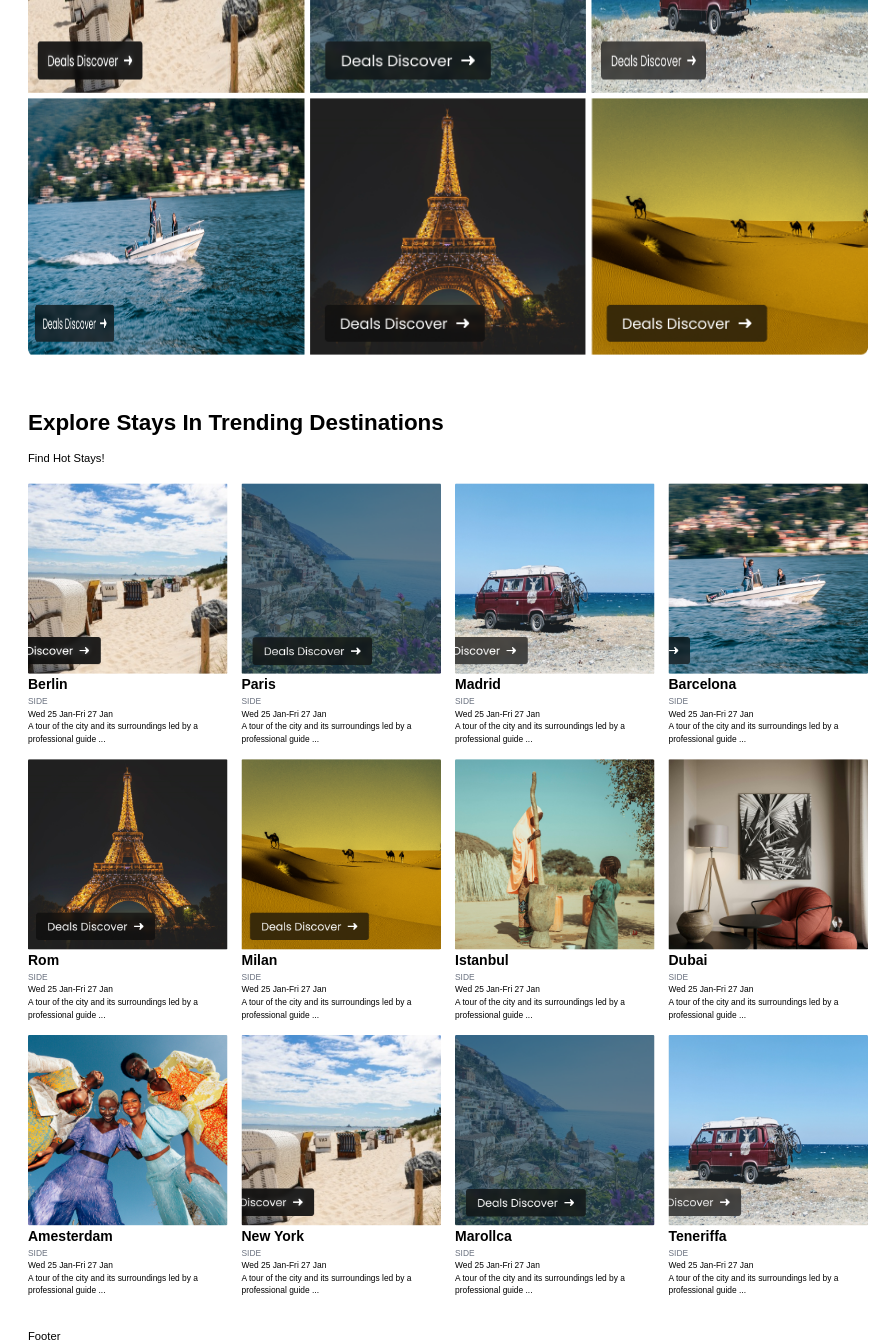
Repository: Quynhhuong150322/DIKO_STUDY_TRAVEL_WEB
Page: /
The author's editor kept a copy of each file at every save. The page is drawn from the files as they stood at one save, then again after the next save.
The browser window is 1280 px wide. The pictures show the part of the page from y = 1002 to 2922 px (the page is 2922 px tall), at 70% of full size.
The project was rebuilt for these pictures with package versions that can differ from the ones it lists, and the page was loaded fresh each time. Also part of the build but not shown: src/components/Login.js, src/components/Register.js. Imported but missing from the stored project, and not drawn on this page: src/redux/slices/authSlice.

Above is the page before, as saved 2024-02-23 11:27:04.

### src/index.css
@tailwind base;
@tailwind components;
@tailwind utilities;

@import url("https://fonts.googleapis.com/css2?family=Poppins:wght@100;300;400;500;600&display=swap");

@layer base {
  html {
    font-family: "Poppins", sans-serif;
  }
  * {
    margin: 0;
    padding: 0;
    box-sizing: border-box;
    scroll-behavior: smooth;
    /* background-color: #F9F9F9; */
  }
}

@layer components {
  .max-container {
    max-width: 1260px;
    /* min-height: 100vh; */
    margin: 0 auto;
    padding: 0 30px;
    /* display: flex; */
    /* flex-direction: column; */
    justify-content: space-between;
  }
  .button {
    width: 189px;
    height: 40px;
    border-style: solid;
    border-width: 2px;
    border-color: #07689F;
    color: #07689F;
  }
  .tabMenu {
    width: 121px;
    height: 40px;
    color: #D9D9D9;
    border-style: solid;
    border-width: 2px;
    border-color: #D9D9D9;
    color: #D9D9D9;
    border-radius: 9999px;
  }
  .tabSearch {
    /* max-width: 1190px; */
    height: 56px;
    border-style: solid;
    border-width: 1px;
    border-color: #D9D9D9;
    padding: 0 16px;
    font-size: 12px;
  }

}

### src/App.js
import React from "react";
import Navbar from "./components/Navbar";
import Footer from "./components/Footer";
import AppRoutes from "./routes/AppRoutes";
import { BrowserRouter as Router } from "react-router-dom";

const App = () => {
  return (
    <Router>
      <div className="">
        <div className="max-container">
          <Navbar />
        </div>
        <div>
          <AppRoutes />
        </div>
        <div className="max-container">
          <Footer />
        </div>
      </div>
    </Router>
  );
};

export default App;

### src/redux/store.js
import { configureStore } from "@reduxjs/toolkit";
import authReducer from "./slices/authSlice";

export const store = configureStore({
  reducer: {
    users: authReducer,
  },
});

### src/components/Navbar.js
import React from 'react'
import Logo from '../assets/images/Header/Logo.png'
import EL from '../assets/images/Header/England.png'
import { FaRegQuestionCircle } from "react-icons/fa";
import { LuSearch } from "react-icons/lu";

const MenuData = [
    {
        id: 1,
        name: 'Trip',
    },
    {
        id: 2,
        name: '%Deals',
    },
    {
        id: 3,
        name: 'Hotel',
    },
    {
        id: 4,
        name: 'Flight',
    },
    {
        id: 5,
        name: 'Apartment',
    },
    {
        id: 6,
        name: 'Camper',
    },
]

const Navbar = () => {
    return (
        <div className='bg-neutral py-[24px]'>
            <div className="flex flex-col gap-10">
                {/* Header Section  */}
                <div className='flex gap-2 items-center'>
                    <img src={Logo} alt="" />
                    <div className='flex gap-7 items-center'>
                        <div className="flex gap-1 items-center">
                            <FaRegQuestionCircle className='text-primary' />
                            <img src={EL} alt="" className='w-7 h-7' />
                            {/* Search  */}
                            <div className="relative flex items-center">
                                <input
                                    type="text"
                                    placeholder="search"
                                    className="w-[605px] h-[32px] rounded-sm border border-gray-300 px-2 py-1 focus:outline-none focus:border-1 focus:border-primary"
                                />
                                <LuSearch className="text-gray-500 group-hover:text-primary absolute top-1/2 -translate-y-1/2 right-3 cursor-pointer" />
                            </div>
                        </div>
                        <div className='flex gap-2 items-center'>
                            <button className='button border-primary bg-neutral hover:scale-105 py-2 px-4 rounded-sm'>
                                Sing In
                            </button>
                            <button className='button border-primary bg-neutral hover:scale-105 py-2 px-4 rounded-sm'>
                                Register
                            </button>
                        </div>
                    </div>
                    <div>
                    </div>
                </div>
                {/* Upper Nav  */}
                <div className=''>
                    <div className=' '>
                        <ul className='flex justify-center gap-4'>
                            {
                                MenuData.map((data) => (
                                    <button key={data.id} className='text-pri tabMenu focus:bg-primary focus:text-white focus:font-bold focus:border-primary inline-block hover:text-primary' >
                                        {data.name}
                                    </button>
                                ))
                            }
                        </ul>
                    </div>
                </div>
            </div>
        </div>
    )
}

export default Navbar

### src/routes/AppRoutes.js
import React from "react";
import { Switch, Route } from "react-router-dom";
import Login from "../components/Login";
import Register from "../components/Register";
import Langding from "../pages/LangdingPage/Langding";
const AppRoutes = () => {
  return (
    <div>
      <Switch>
        <Route path="/login">
          <Login />
        </Route>
        <Route path="/register">
          <Register />
        </Route>
        <Route path="/" exact>
          <Langding />
        </Route>
        <Route path="*">
          <div className="">404 not Error...</div>
        </Route>
      </Switch>
    </div>
  );
};

export default AppRoutes;

### src/pages/LangdingPage/Langding.js
import React from 'react'
import Picture from '../../assets/images/LangdingPage/Picture.png'
import { LuHotel } from "react-icons/lu";
import { IoCalendarOutline } from "react-icons/io5";
import { SlArrowDown } from "react-icons/sl";
import { FiUserPlus } from "react-icons/fi";
import Img1 from "../../assets/images/LangdingPage/SpecialOffers/Photo 1.png";
import Img2 from "../../assets/images/LangdingPage/SpecialOffers/Photo 2.png"
import Img3 from "../../assets/images/LangdingPage/SpecialOffers/Photo 3.png"
import Img4 from "../../assets/images/LangdingPage/SpecialOffers/Photo 4.png"
import Img5 from "../../assets/images/LangdingPage/SpecialOffers/Photo 5.png"
import Img6 from "../../assets/images/LangdingPage/SpecialOffers/Photo 6.png"
import Img7 from "../../assets/images/LangdingPage/ExploreStays/Image1.jpg"
import Img8 from "../../assets/images/LangdingPage/ExploreStays/Image2.jpg"
import Img9 from "../../assets/images/LangdingPage/ExploreStays/Image3.jpg"
// import Img10 from "../../assets/images/LangdingPage/SpecialOffers/Photo 6.png"
// import Img11 from "../../assets/images/LangdingPage/SpecialOffers/Photo 6.png"



const BannerImg = {
  backgroundImage: `url(${Picture})`,
  backgroundPosition: "center",
  backgroundRepeat: "no-repeat",
  backgroundSize: "cover",
  height: "394px",
  width: "100%",
};
const ListMenu = [
  {
    id: 1,
    name: "All",
  },
  {
    id: 2,
    name: "Hotels",
  },
  {
    id: 3,
    name: "Flights",
  },
  {
    id: 4,
    name: "Multi",
  }
]

const ListImage = [
  {
    id: 1,
    img: Img1,
  },
  {
    id: 2,
    img: Img2,
  },
  {
    id: 3,
    img: Img3,
  },
  {
    id: 4,
    img: Img4,
  },
  {
    id: 5,
    img: Img5,
  },
  {
    id: 6,
    img: Img6,
  },
]
const ListCard = [
  {
    id: 1,
    img: Img1,
    location: "Berlin",
    side: "SIDE",
    time: "Wed 25 Jan-Fri 27 Jan",
    title: "A tour of the city and its surroundings led by a professional guide ..."
  },
  {
    id: 2,
    img: Img2,
    location: "Paris",
    side: "SIDE",
    time: "Wed 25 Jan-Fri 27 Jan",
    title: "A tour of the city and its surroundings led by a professional guide ..."

  },
  {
    id: 3,
    img: Img3,
    location: "Madrid",
    side: "SIDE",
    time: "Wed 25 Jan-Fri 27 Jan",
    title: "A tour of the city and its surroundings led by a professional guide ..."

  },
  {
    id: 4,
    img: Img4,
    location: "Barcelona",
    side: "SIDE",
    time: "Wed 25 Jan-Fri 27 Jan",
    title: "A tour of the city and its surroundings led by a professional guide ..."

  },
  {
    id: 5,
    img: Img5,
    location: "Rom",
    side: "SIDE",
    time: "Wed 25 Jan-Fri 27 Jan",
    title: "A tour of the city and its surroundings led by a professional guide ..."

  },
  {
    id: 6,
    img: Img6,
    location: "Milan",
    side: "SIDE",
    time: "Wed 25 Jan-Fri 27 Jan",
    title: "A tour of the city and its surroundings led by a professional guide ..."

  },
  {
    id: 7,
    img: Img7,
    location: "Istanbul",
    side: "SIDE",
    time: "Wed 25 Jan-Fri 27 Jan",
    title: "A tour of the city and its surroundings led by a professional guide ..."

  },
  {
    id: 8,
    img: Img8,
    location: "Dubai",
    side: "SIDE",
    time: "Wed 25 Jan-Fri 27 Jan",
    title: "A tour of the city and its surroundings led by a professional guide ..."

  },
  {
    id: 9,
    img: Img9,
    location: "Amesterdam",
    side: "SIDE",
    time: "Wed 25 Jan-Fri 27 Jan",
    title: "A tour of the city and its surroundings led by a professional guide ..."

  },
  {
    id: 10,
    img: Img1,
    location: "New York",
    side: "SIDE",
    time: "Wed 25 Jan-Fri 27 Jan",
    title: "A tour of the city and its surroundings led by a professional guide ..."

  },
  {
    id: 11,
    img: Img2,
    location: "Marollca",
    side: "SIDE",
    time: "Wed 25 Jan-Fri 27 Jan",
    title: "A tour of the city and its surroundings led by a professional guide ..."

  },
  {
    id: 12,
    img: Img3,
    location: "Teneriffa",
    side: "SIDE",
    time: "Wed 25 Jan-Fri 27 Jan",
    title: "A tour of the city and its surroundings led by a professional guide ..."

  },
]

const Langding = () => {
  return (
    <div >
      {/* Discover Trip  */}
      <div className=' background ' style={BannerImg}>
        <div className=' '>
          <h1 className='text-3xl w-1/3 font-bold text-white bg-opacity-0'>
            Discover Your Trip Worldwide !
          </h1>
          <div class="flex flex-row  bg-white">
            <div class="basis-1/4 tabSearch flex gap-9 items-center">
              <LuHotel className='text-primary' size={24} />
              <p className=''>
                Where Are you Going to?
              </p>
            </div>
            <div class="basis-1/4 tabSearch flex gap-6 items-center">
              <IoCalendarOutline size={24} className='text-primary' />
              <p className=''>
                Check In Date
              </p>
              <p className=''>
                Check Out Date
              </p>
            </div>
            <div class="basis-1/3 tabSearch flex gap-8 items-center">
              <FiUserPlus size={24} className='text-primary' />
              <p className=''>
                Adults 2
              </p>
              <p className=''>
                Children 3
              </p>
              <p className=''>
                Room
              </p>
              <SlArrowDown size={24} className='text-primary' />
            </div>
            <div class="basis-1/6  tabSearch bg-primary flex justify-center items-center">
              <p className='font-bold text-white'>Search</p>
            </div>
          </div>
        </div>
      </div>
      {/* Special Offers */}
      <div className='max-container py-6'>
        {/* checkbox  */}
        <div className='flex flex-col gap-6 py-6'>
          <h2 className='text-2xl font-bold'>Special Offers</h2>
          <div className='flex '>
            <div className='flex justify-center items-center gap-2'>
              {
                ListMenu.map((data) => (
                  <><input
                    type="checkbox"
                    className="w-[24px] h-[24px] border border-gray-300 px-2 py-1 focus:outline-none focus:border-1 focus:border-primary" />
                    <label for="checkbox" className='text-base'>{data.name}</label>
                  </>
                ))
              }
            </div>
          </div>
        </div>
        {/* image  */}
        <div>
          <div className='grid grid-cols-3 gap-2'>
            {
              ListImage.map((data) => (
                <img src={data.img} alt="" className='w-full h-full' />
              ))
            }
          </div>
        </div>
      </div>

      {/* Explore Stays In Trending Destinations  */}
      <div className='max-container py-6'>
        <div className='flex flex-col gap-4 py-6'>
          <h2 className='text-2xl font-bold'>Explore Stays In Trending Destinations</h2>
          <p>Find Hot Stays!</p>
        </div>
        {/* ImageCard */}
        <div className='grid grid-cols-4 place-items-center gap-5'>
          {
            ListCard.map((data) => (
              <div className='flex flex-col '>
                <img src={data.img} alt="" className='h-[272px] w-full object-cover rounded-sm' />
                <div className=''>
                  <p className='text-xl font-semibold'>{data.location}</p>
                  <p className='text-sm text-gray-500'>{data.side}</p>
                  <p className='text-sm'>{data.time}</p>
                  <p className='text-sm'>{data.title}</p>
                </div>
              </div>
            ))
          }
          <div className=''>
          </div>
        </div>
      </div>
    </div>
  )
}

export default Langding

### tailwind.config.js
/** @type {import('tailwindcss').Config} */
module.exports = {
  content: ["./src/**/*.{js,jsx,ts,tsx}"],
  theme: {
    extend: {
      colors: {
        primary: "#07689F",
        secondary: "#D9D9D9",
        neutral: "#F9F9F9",
        pri: "#A6A6A6",
      },
      fontSize: {
        sm: '12px',
        base: '16px',
        xl: '20px',
        '2xl': '32px',
        '3xl': '40px',
        '4xl': '44px',
        // '5xl': '3.052rem',
      },
    },
  },
  plugins: [],
};

Loaded but not shown: public/index.html (common file); src/index.js (common file); src/reportWebVitals.js (common file); src/components/Footer.js (common file)

After the next save:
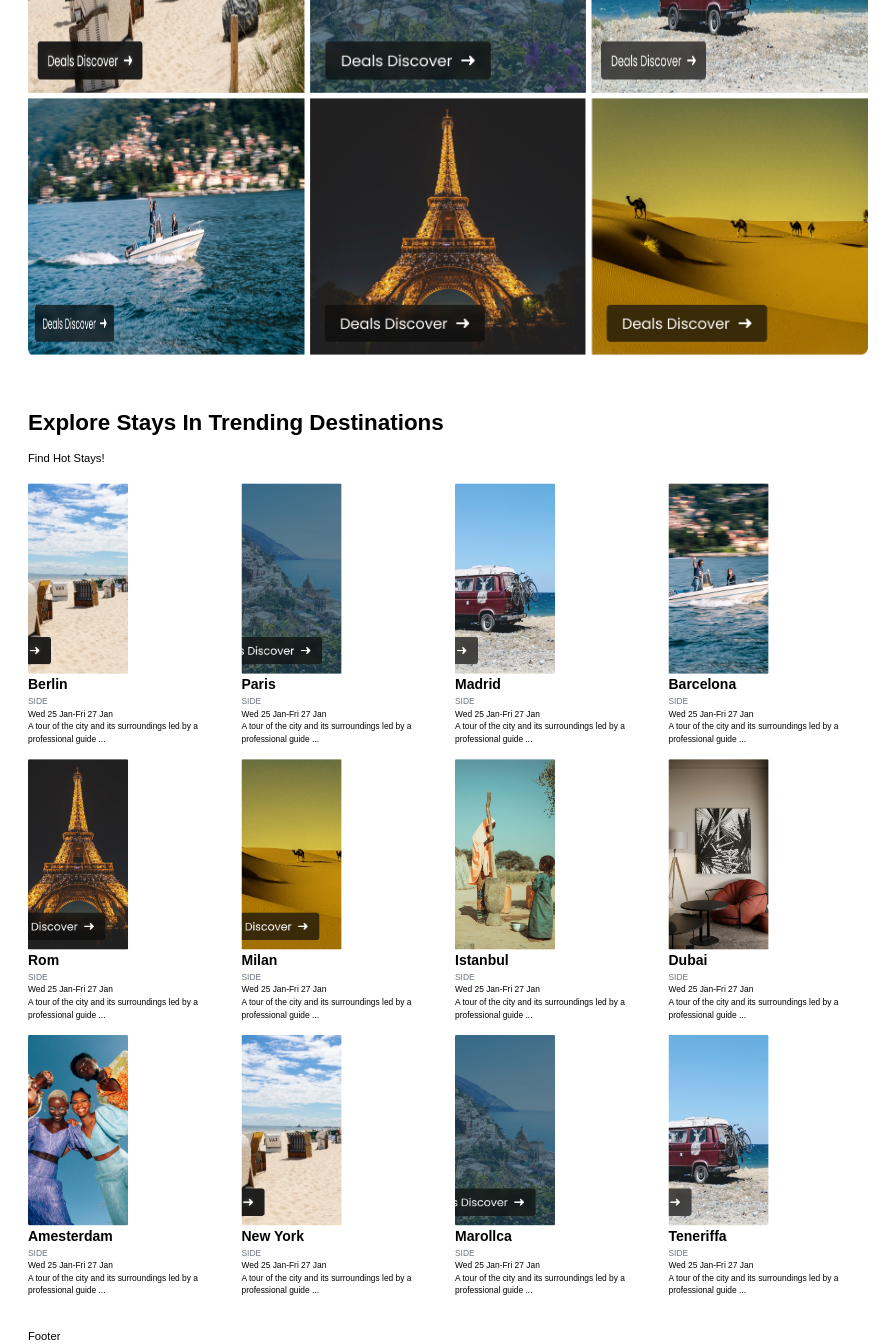
Saved 33 s later.
--- a/src/pages/LangdingPage/Langding.js
+++ b/src/pages/LangdingPage/Langding.js
@@ -267,7 +267,7 @@ const Langding = () => {
           {
             ListCard.map((data) => (
               <div className='flex flex-col '>
-                <img src={data.img} alt="" className='h-[272px] w-full object-cover rounded-sm' />
+                <img src={data.img} alt="" className=' h-[272px] w-1/2 object-cover rounded-sm' />
                 <div className=''>
                   <p className='text-xl font-semibold'>{data.location}</p>
                   <p className='text-sm text-gray-500'>{data.side}</p>
